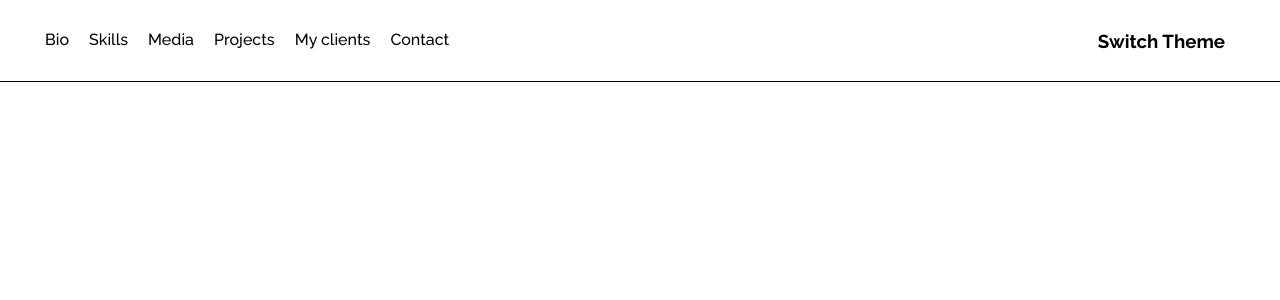
Repository: moataz305G/Personal-website
Page: index.html
These files come from the project's save history. The page is drawn as it stood at one moment and after the next save; the edit follows.
The browser window is 1280 px wide. The pictures show the whole page.

Above is the page before, as saved 2025-12-11 10:33:31.

After the next save:
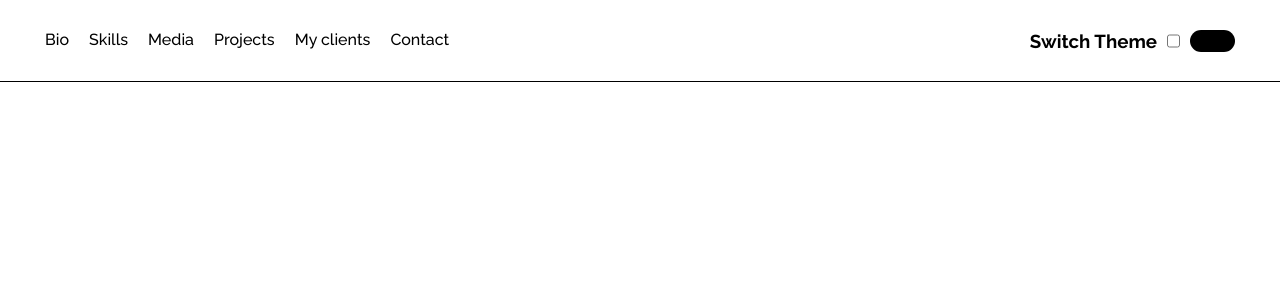
Saved 48 s later.
--- a/index.html
+++ b/index.html
@@ -34,9 +34,9 @@
             type="checkbox"
             name="toggle checkbox"
             id="toggle"
-            class="togeel__switch"
+            class="toggle__switch"
           />
-          <label for="toggle" class="taggle__label"></label>
+          <label for="toggle" class="toggle__label"></label>
         </div>
       </header>
     </div>
